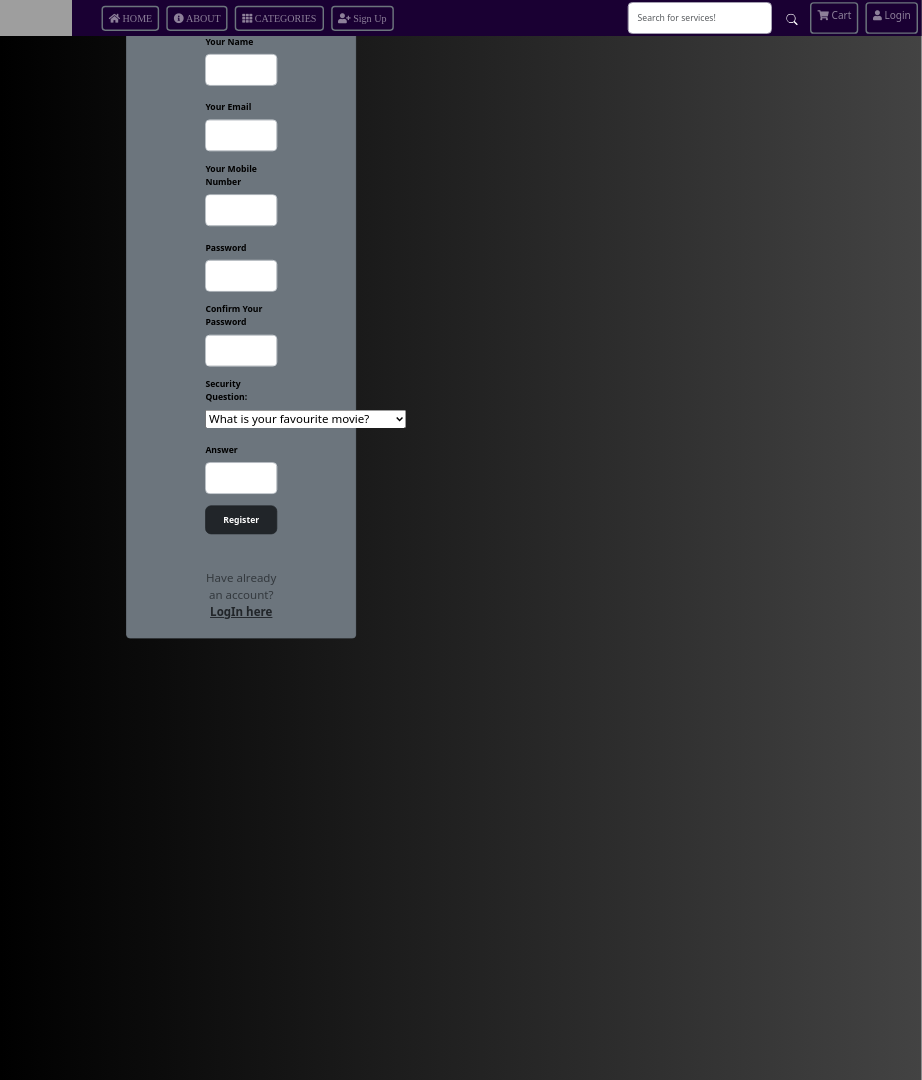
Repository: Ishanibmk/MOVIOT---An-OTT-Platform-using-Java-and-Springboot
Page: http://localhost/OTT/WEB-INF/view/signup.jsp
The author's editor kept a copy of each file at every save. The page is drawn from the files as they stood at one save, then again after the next save.
The browser window is 1280 px wide. The pictures show the whole page, at 72% of full size.
Pictures or frames that could not be fetched are drawn as grey boxes. Some web libraries are served in a nearby version. The page is served by Tomcat 9. Nobody is signed in. Other server files are loaded and not shown. The template is opened directly, without the code that normally fills it, so the values that code supplies are empty.

Above is the page before, as saved 2024-03-02 14:21:52.

### Moviot/MOVIOT-main/ott/OTT/src/main/webapp/WEB-INF/view/signup.jsp
<%@ page language="java" contentType="text/html; charset=ISO-8859-1"
    pageEncoding="ISO-8859-1"%>
<jsp:include page="index_header.jsp" />
<!doctype html>
<html lang="en">
<head>
    <meta charset="utf-8">
    <meta name="viewport" content="width=device-width, initial-scale=1">
    <title>Registration Form For User</title>
    <link href="https://cdn.jsdelivr.net/npm/bootstrap@5.3.0-alpha1/dist/css/bootstrap.min.css" rel="stylesheet"
          integrity="sha384-GLhlTQ8iRABdZLl6O3oVMWSktQOp6b7In1Zl3/Jr59b6EGGoI1aFkw7cmDA6j6gD" crossorigin="anonymous">
    <style>
        body {
            background: linear-gradient(to right, #000000, #434343); /* Gradient background */
            color: #ffffff; /* White text color */
            min-height: 100vh; /* Ensure the background covers the full viewport height */
            margin: 0; /* Remove default margin */
            padding-top: 50px; /* Add padding on top */
        }
        .form-container {
            display: flex;
            justify-content: center;
            align-items: center;
            height: calc(100vh - 50px); /* Full viewport height minus padding */
        }
         .card {
            max-width: 320px; /* Set maximum width for the card */
            width: 80%; /* Adjust the width of the card */
        }
        .form-label {
            font-size: 12px; /* Adjust font size of form labels */
        }
        .form-control {
            font-size: 12px; /* Adjust font size of form input fields */
            padding: 12px; /* Adjust padding of form input fields */
        }
        .btn-lg {
            font-size: 12px; /* Adjust font size of buttons */
            padding: 10px 20px; /* Adjust padding of buttons */
        }
    </style>
</head>
<body>
<section class="form-container">
    <div class="col-lg-12 col-xl-9" >
        <div class="card text-black bg-secondary">
            <div class="card-body p-md-4">
                <div class="row justify-content-center">
                    <div class="col-md-10 col-lg-8 col-xl-7 order-2 order-lg-1">
                        <p class="text-center h1 fw-bold mb-4 mx-1 mx-md-4 mt-3"><b>Sign up</b></p>
                        <form action="regprocess" method="post" class="mx-1 mx-md-4">




                            <div class="mb-3">
                                <label for="validationDefault01" class="form-label"><b>Your Name</b></label>
                                <input type="text" id="validationDefault01" name="uname" class="form-control" required/>
                            </div>
                            <div class="mb-3">
                                <label class="form-label" for="form3Example3c"><b>Your Email</b></label>
                                <input type="email" id="form3Example3c" name="uemail" class="form-control"/>
                            </div>
                            <div class="mb-3">
                                <label class="form-label" for="form3Example3c"><b>Your Mobile Number</b></label>
                                <input type="mobile" id="form3Example3c" name="uphno" class="form-control"/>
                            </div>
                            <div class="mb-3">
                                <label class="form-label" for="form3Example4c"><b>Password</b></label>
                                <input type="password" id="form3Example4c" name="upass" class="form-control"/>
                            </div>
                            <div class="mb-3">
                                <label class="form-label" for="form3Example4cd"><b>Confirm Your Password</b></label>
                                <input type="password" id="form3Example4cd" name="conpass" class="form-control"/>
                            </div>
                            <div class="mb-3">
                                <label class="form-label" for="form3Example4cd"><b>Security Question:</b></label>
                                <select name="SecurityQuestion" class="backup" required>
                                    <option value="What was the name of your childhood friend?">What is your favourite movie?</option>
                                    <option value="What was the name of your first car?">Which movie makes you cry?</option>
                                    <option value="What is your favourate food?">What movie makes you feel good?</option>
                                </select>
                            </div>
                            <div class="mb-3">
                                <label class="form-label" for="form3Example4cd"><b>Answer</b></label>
                                <input type="text" id="form3Example4cd" name="uans" class="form-control"/>
                            </div>
                            <div class="d-grid gap-2">
                                <button type="submit" class="btn btn-dark btn-lg"><b>Register</b></button>
                            </div>
                            <p class="text-center text-muted mt-5 mb-0">Have already an account? <a href='login.jsp'
                                                                                                    class="fw-bold text-body"><u>LogIn
                                    here</u></a></p>
                        </form>
                    </div>
                </div>
            </div>
        </div>
    </div>
</section>


<script src="https://cdn.jsdelivr.net/npm/bootstrap@5.3.0-alpha1/dist/js/bootstrap.bundle.min.js"
        integrity="sha384-w76AqPfDkMBDXo30jS1Sgez6pr3x5MlQ1ZAGC+nuZB+EYdgRZgiwxhTBTkF7CXvN"
        crossorigin="anonymous"></script>
</body>
</html>

### Moviot/MOVIOT-main/ott/OTT/src/main/webapp/WEB-INF/view/index_header.jsp
<!DOCTYPE html>
<html lang="en">
<head>
  <title>OTT PLATFORM</title>
  <meta charset="utf-8">
  <meta name="viewport" content="width=device-width, initial-scale=1">
  <link rel="stylesheet" href="https://maxcdn.bootstrapcdn.com/bootstrap/4.0.0-beta.2/css/bootstrap.min.css">
  <script src="https://ajax.googleapis.com/ajax/libs/jquery/3.2.1/jquery.min.js"></script>
  <script src="https://cdnjs.cloudflare.com/ajax/libs/popper.js/1.12.6/umd/popper.min.js"></script>
  <script src="https://maxcdn.bootstrapcdn.com/bootstrap/4.0.0-beta.2/js/bootstrap.min.js"></script>
  <!-- Add Font Awesome CDN -->
  <link rel="stylesheet" href="https://cdnjs.cloudflare.com/ajax/libs/font-awesome/5.15.4/css/all.min.css">
  <style>
    /* Custom CSS for navbar styling */
    .navbar {
      background-color: hsl(270, 100%, 10%); /* Dark background color */
      height: 50px; /* Adjust the height as needed */
    }
    .navbar-brand img {
      margin-right: 20px; /* Adjust as needed */
    }
    .navbar-nav .nav-item {
      border: 2px solid #6c757d; /* Gray border */
      border-radius: 5px;
      margin: 0 5px;
    }
    .navbar-nav .nav-link {
      padding: 5px 10px; /* Adjust padding */
      font-size: 14px; /* Adjust font size */
      color: #fff; /* White text color */
    }
    .navbar-nav .nav-item:hover .nav-link {
      background-color: black; /* Gray background color */
    }
    .navbar-nav .form-control {
      margin-right: 10px; /* Adjust as needed */
    }
    .navbar-nav .btn-outline-light {
      color: #fff; /* White text color */
    }
  </style>
</head>
<body style="height:1500px">
<nav class="navbar navbar-expand-sm navbar-dark fixed-top">
  <a class="navbar-brand" href="#"><img src="https://static.vecteezy.com/system/resources/previews/002/700/780/original/neon-cinema-film-in-purple-and-violet-color-illustration-of-cinema-film-with-play-icon-consisting-of-neon-outlines-with-backlight-on-the-dark-brick-wall-background-vector.jpg" width="100" height="50"> </a>
  <ul class="navbar-nav mr-auto">
    <li class="nav-item">
      <a class="nav-link" href="index" style="font-family: Nunito;"><i class="fas fa-home"></i> HOME</a>
    </li>
    <li class="nav-item">
      <a class="nav-link" href="about" style="font-family: Nunito;"><i class="fas fa-info-circle"></i> ABOUT</a>
    </li>
    <li class="nav-item">
      <a class="nav-link" href="catagory" style="font-family: Nunito;"><i class="fas fa-th"></i> CATEGORIES</a>
    </li>
    <li class="nav-item">
      <a class="nav-link" href="signup" style="font-family: Nunito;"><i class="fas fa-user-plus"></i> Sign Up</a>
    </li>
  </ul>
  <ul class="navbar-nav ml-auto">
    <form class="form-inline my-2 my-lg-0">
      <input class="form-control mr-sm-2" type="search" placeholder="Search for services!" aria-label="Search">
      <button class="btn btn-outline-light my-2 my-sm-0" type="submit" style="border: none;">
        <svg xmlns="http://www.w3.org/2000/svg" width="16" height="16" fill="currentColor" class="bi bi-search" viewBox="0 0 16 16">
          <path d="M11.742 10.344a6.5 6.5 0 1 0-1.397 1.398h-.001c.03.04.062.078.098.115l3.85 3.85a1 1 0 0 0 1.415-1.414l-3.85-3.85a1.007 1.007 0 0 0-.115-.1zM12 6.5a5.5 5.5 0 1 1-11 0 5.5 5.5 0 0 1 11 0z"/>
        </svg>
      </button>
    </form>
    <li class="nav-item">
      <a class="nav-link" href="#"><i class="fas fa-shopping-cart"></i> Cart</a>
    </li>
    <li class="nav-item">
      <a class="nav-link" href="#"><i class="fas fa-user"></i> Login</a>
    </li>
  </ul>
</nav>
</body>
</html>

After the next save:
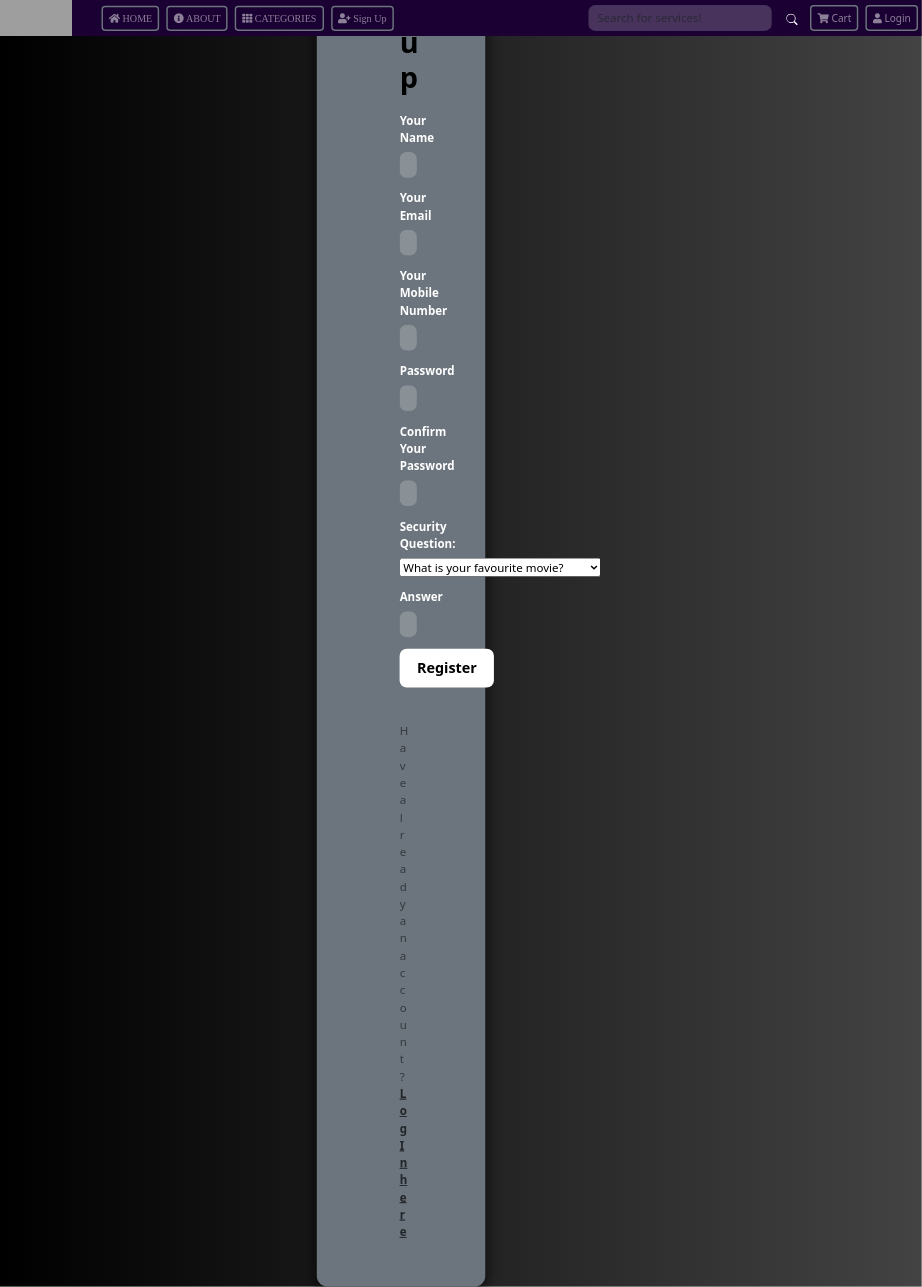
Saved 82 s later.
--- a/Moviot/MOVIOT-main/ott/OTT/src/main/webapp/WEB-INF/view/signup.jsp
+++ b/Moviot/MOVIOT-main/ott/OTT/src/main/webapp/WEB-INF/view/signup.jsp
@@ -16,27 +16,35 @@
             min-height: 100vh; /* Ensure the background covers the full viewport height */
             margin: 0; /* Remove default margin */
             padding-top: 50px; /* Add padding on top */
-        }
-        .form-container {
             display: flex;
             justify-content: center;
             align-items: center;
-            height: calc(100vh - 50px); /* Full viewport height minus padding */
         }
-         .card {
-            max-width: 320px; /* Set maximum width for the card */
-            width: 80%; /* Adjust the width of the card */
+        .card {
+            background-color: rgba(255, 255, 255, 0.1);
+            border: none;
+            border-radius: 15px;
+            box-shadow: 0px 0px 15px 5px rgba(0, 0, 0, 0.5);
+            padding: 40px;
+            max-width: 400px;
+            width: 80%;
         }
         .form-label {
-            font-size: 12px; /* Adjust font size of form labels */
+            color: #ffffff;
         }
         .form-control {
-            font-size: 12px; /* Adjust font size of form input fields */
-            padding: 12px; /* Adjust padding of form input fields */
+            background-color: rgba(255, 255, 255, 0.2);
+            color: #ffffff;
+            border: none;
+            border-radius: 10px;
         }
         .btn-lg {
-            font-size: 12px; /* Adjust font size of buttons */
-            padding: 10px 20px; /* Adjust padding of buttons */
+            background-color: #ffffff;
+            color: #000000;
+            border: none;
+            border-radius: 10px;
+            font-weight: bold;
+            padding: 12px 24px;
         }
     </style>
 </head>
